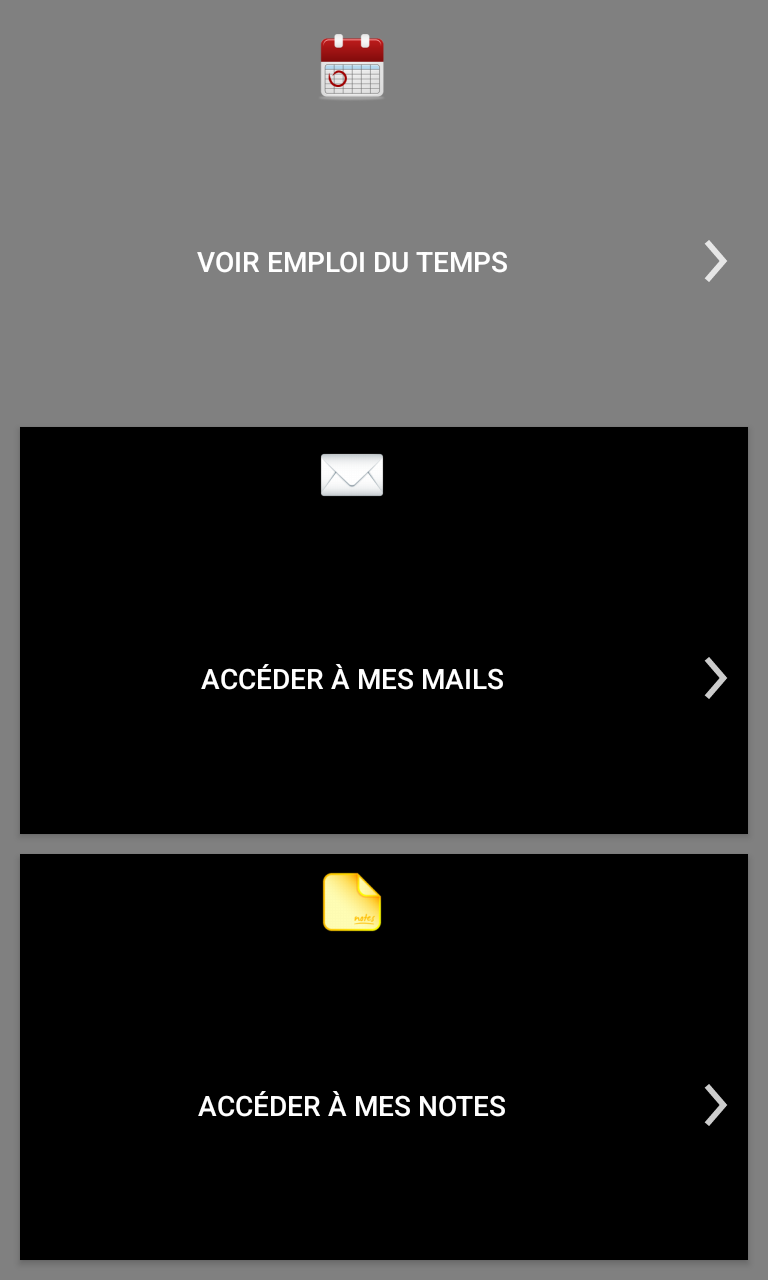
Repository: cpluuuusplus/WhoWantsKitKat
Layout: AppliPlus/res/layout/activity_menu_pamplemousse.xml
These files come from the project's save history. The layout is drawn as it stood at one moment and after the next save; the edit follows.
It is drawn on a 768 x 1280 px phone screen (xhdpi) without system bars, with theme Theme.AppCompat.Light; the app's code is not run.

Above is the layout before, as saved 2014-05-12 15:40:29.

### AppliPlus/res/layout/activity_menu_pamplemousse.xml
<?xml version="1.0" encoding="utf-8"?>
<LinearLayout xmlns:android="http://schemas.android.com/apk/res/android"
    android:layout_width="match_parent"
    android:layout_height="match_parent"
    android:background="@color/gray"
    android:orientation="vertical" >

    <Button
        android:id="@+id/pampViewer"
        android:layout_width="match_parent"
        android:layout_height="fill_parent"
        android:layout_margin="10dp"
        android:layout_weight="1"
        android:background="@drawable/button_shape|@color/blue"
        android:drawableRight="@drawable/ic_action_next_item"
        android:drawableTop="@drawable/calendar"
        android:onClick="onClickPampViewer"
        android:text="Voir emploi du temps"
        android:textColor="@color/white" />

    <Button
        android:id="@+id/mails"
        android:layout_width="match_parent"
        android:layout_height="fill_parent"
        android:layout_marginBottom="10dp"
        android:layout_marginLeft="10dp"
        android:layout_marginRight="10dp"
        android:layout_weight="1"
        android:background="@color/black_color"
        android:drawableRight="@drawable/ic_action_next_item"
        android:drawableTop="@drawable/mail"
        android:onClick="onClickMail"
        android:text="Accéder à mes mails"
        android:textColor="@color/white" />

    <Button
        android:id="@+id/notes"
        android:layout_width="match_parent"
        android:layout_height="fill_parent"
        android:layout_marginBottom="10dp"
        android:layout_marginLeft="10dp"
        android:layout_marginRight="10dp"
        android:layout_weight="1"
        android:background="@color/black_color"
        android:drawableRight="@drawable/ic_action_next_item"
        android:drawableTop="@drawable/marks"
        android:onClick="onClickNotes"
        android:text="Accéder à mes notes"
        android:textColor="@color/white" />

</LinearLayout>

### AppliPlus/res/values/colors.xml
<?xml version="1.0" encoding="utf-8"?>
<resources>

    <color name="black_color">#000</color>
    <color name="white">#FFFFFF</color>
    <color name="yellow">#FFFF00</color>
    <color name="fuchsia">#FF00FF</color>
    <color name="red">#FF0000</color>
    <color name="silver">#C0C0C0</color>
    <color name="gray">#808080</color>
    <color name="olive">#808000</color>
    <color name="purple">#800080</color>
    <color name="maroon">#800000</color>
    <color name="aqua">#00FFFF</color>
    <color name="lime">#00FF00</color>
    <color name="teal">#008080</color>
    <color name="green">#008000</color>
    <color name="blue">#0000FF</color>
    <color name="navy">#000080</color>

</resources>

### AppliPlus/res/drawable-hdpi/button_shape.xml
<?xml version="1.0" encoding="utf-8"?>
<shape xmlns:android="http://schemas.android.com/apk/res/android"
    android:shape="rectangle" >

    <solid android:color="#EAEAEA" />

    <corners
        android:bottomLeftRadius="8dip"
        android:bottomRightRadius="1dip"
        android:topLeftRadius="1dip"
        android:topRightRadius="8dip" />

</shape>

After the next save:
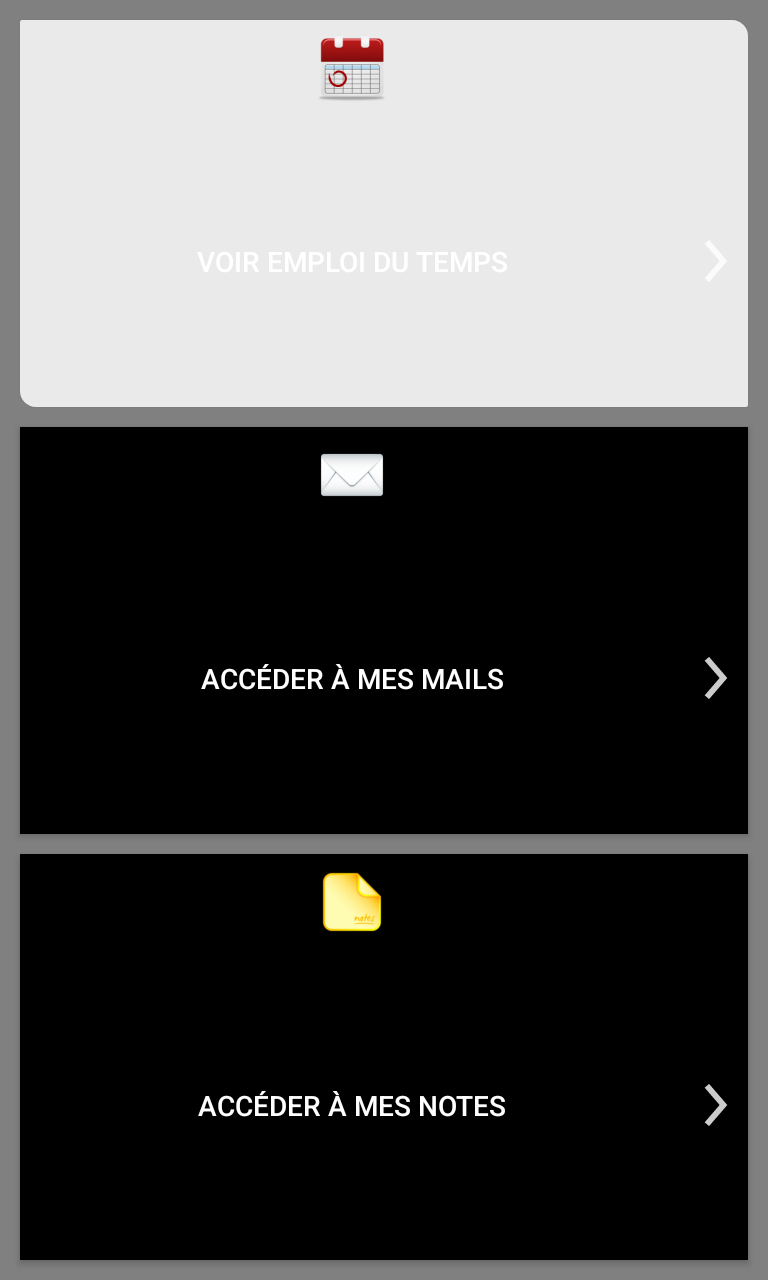
Saved 5 s later.
--- a/AppliPlus/res/layout/activity_menu_pamplemousse.xml
+++ b/AppliPlus/res/layout/activity_menu_pamplemousse.xml
@@ -11,7 +11,7 @@
         android:layout_height="fill_parent"
         android:layout_margin="10dp"
         android:layout_weight="1"
-        android:background="@drawable/button_shape|@color/blue"
+        android:background="@drawable/button_shape"
         android:drawableRight="@drawable/ic_action_next_item"
         android:drawableTop="@drawable/calendar"
         android:onClick="onClickPampViewer"
